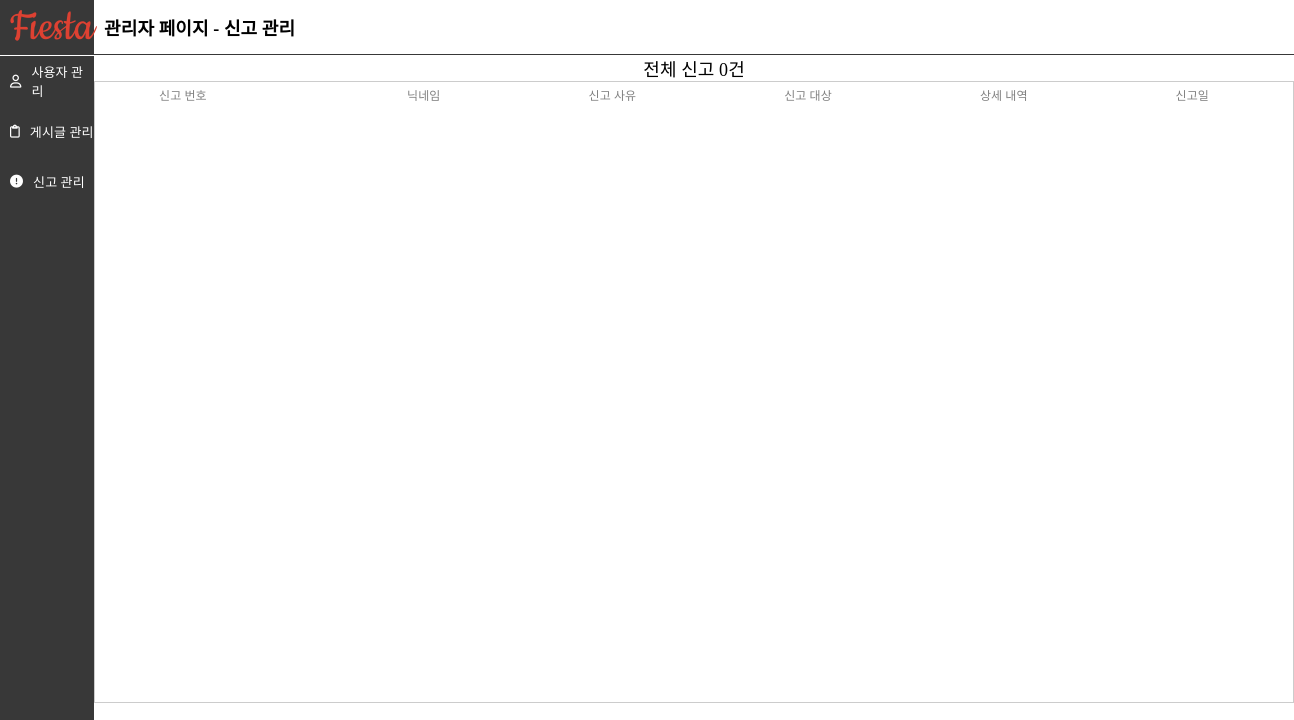
Repository: SNSFiestaTeam/Fiesta
Page: Fiesta/src/main/webapp/html/management/management-report.html
The author's editor kept a copy of each file at every save. The page is drawn from the files as they stood at one save, then again after the next save.
The browser window is 1280 px wide. The page is 1294 px wide, so the pictures cover 1294 px, including what lies to the right of the window. The pictures show the whole page.
Some web fonts or font styles are not loaded; a fallback is used. Some web libraries are served in a nearby version.

Above is the page before, as saved 2022-12-06 12:30:58.

After the next save:
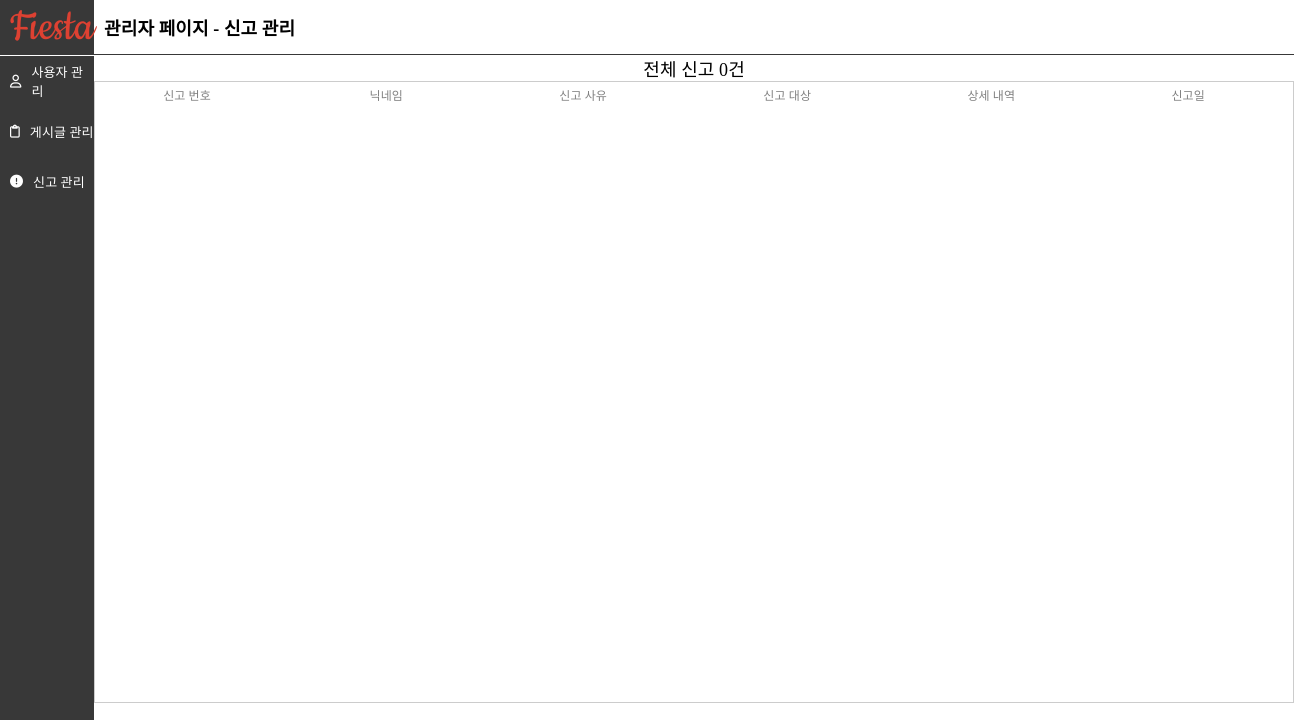
Saved 10 s later.
--- a/Fiesta/src/main/webapp/resources/css/management/management.css
+++ b/Fiesta/src/main/webapp/resources/css/management/management.css
@@ -121,7 +121,7 @@ body {
 }
 
 .cor1 {
-  width: 100px;
+  width: 50px;
 }
 
 .cor2 {
